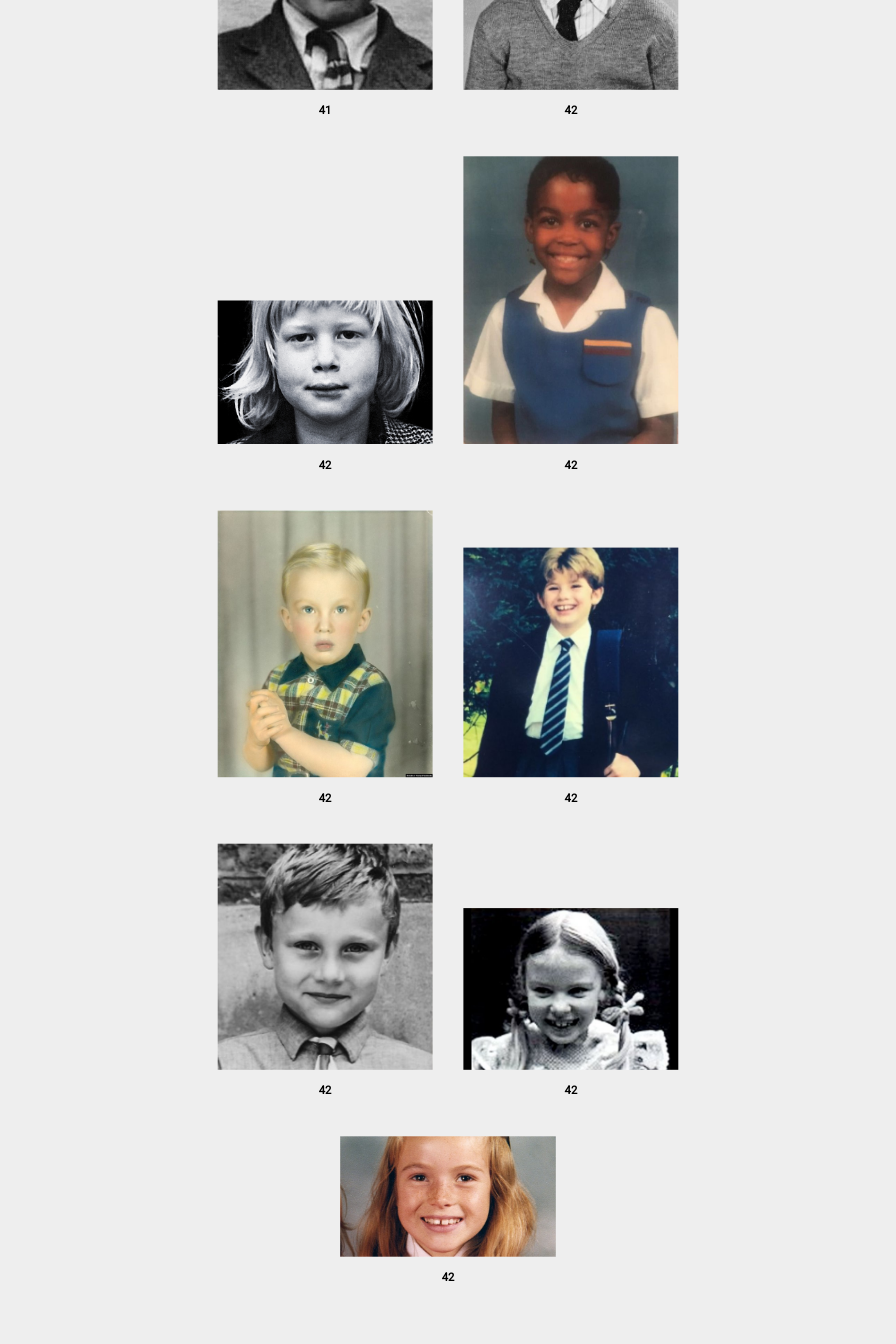
Repository: Domehead123/quiz
Page: index.html
The author's editor kept a record of every edit. The page is drawn from the files as they stood at one moment, then again after the next edit.
The browser window is 1280 px wide. The pictures show the part of the page from y = 2776 to 4696 px (the page is 4696 px tall), at 70% of full size.

Above is the page before.

### index.html
<!DOCTYPE html>
<html lang="en">
<head>
    <meta charset="UTF-8">
    <meta name="viewport" content="width=device-width, initial-scale=1.0">
    <meta http-equiv="X-UA-Compatible" content="ie=edge">
    <link href="https://fonts.googleapis.com/css2?family=Righteous&family=Roboto&display=swap" rel="stylesheet">
    <link rel="stylesheet" href="style.css" type="text/css" />
    <title>Quiz</title>
</head>
<body>

<div class="container">
    <h1>Quiz</h1>
    <p>Fifty questions. You can google the answers if you want, but you may have to do a bit more detective work.</p>
    <p>The answers will appear here at 7pm on Sunday 10 May.</p>
    </div>

    <div class="section one">
        <div class="container">
        <h2>Number Abbreviations</h2>


        <p>e.g 7 D in a W = 7 Days in a Week</p>
        <ol>
        <li>12 S of the Z</li>
<li>1000 Y in a M</li>
<li>13 in a B D</li>
<li>S W of H the E</li>
<li>86,400 S in a D</li>
<li>21 D on a 6-S D</li>
<li>An O has 3 H and up to 9 B</li>
<li>H normally have 23 P of C</li>
<li>12 A have W on the M</li>
<li>42 was the A to L, the U and E</li>
</ol>
        </div>
    </div>

        <div class="section two">
        <div class="container">
        <h2>Anagrams</h2>



        <ol start="11">
        <li>Prod Tonally (Singer)</li>
<li>Ablutions (Sportsman)</li>
<li>Bionic Drama (Politician)</li>
<li>A Nude Rove (TV programme)</li>
<li>Smearing Pro (TV Presenter)</li>
<li>Easily Corona (Film)</li>
<li>Gushing Therewith Book)</li>
<li>Actions Anew (Scientist)</li>

</ol>
        </div>
    </div>


        <div class="section three">
        <div class="container">
              <h2>Sequences</h2>
   <p>What comes next?</p>
        <ol start="21">
        <li>M, V, E, M, J, S, U, ____</li>
 <li>William, Patrick, Jon, Tom, Peter, Colin, ____</li>
 <li>2, 5, 10, 17, 26, 37, ____</li>
 <li>Sergeant, Nurse, Teacher, Constable, ____</li>
 <li>Wood, Tin, Crystal, Porcelain, ____</li>
 <li>Ghana, Togo, Burkina Faso, Mali, Algeria, Spain, France, ____</li>
 <li>3, 3, 5, 4, 4, 3, 5, 5, 4, ____</li>
 <li>1, 18, 4, 13, 6, ____</li>
 <li>FF0000, FFA500, FFFF00, 008000, 0000FF, 4B0082, ____</li>
 <li>1948, 1982, 2013, 2015, 2018, 1984, 2019, ____</li>

</ol>
        </div>
    </div>


        <div class="section four">
        <div class="container">
        <h2>Connections</h2>


        <p>What connects these things? (You really need to think laterally for this)</p>
        <ol start="4">
        <li>Irving Berlin, Bob Hope, Hal Roach, Princess Alice – Duchess of Gloucester</li>
<li>Shakespeare, Blakes 7, Anthony Eden, cosmetics</li>
<li>Brackley, Exeter, Newcastle</li>
<li>The Beatles, chess, New Zealand, Commodore</li>
<li>The Beatles, Sinbad and the Eye of the Tiger, moustache, Lewis Caroll</li>
<li>Argentine, pager, wiki, onager</li>
<li>Laurel and Hardy, Big Brother, Dracula, the Hound of the Baskervilles, Cybernauts, Daleks, Death Star</li>
<li>A berkshire boar, a 1960s TV spy, cognac, a card game</li>
<li>Holly Golightly, FDR, Jim Carrey, Grace Adler</li>
<li>Bombing of Hiroshima, a Serbian-American inventor, Louise Brooks, La Pucelle d'Orléans</li>
</ol>
        </div>
    </div>

        <div class="section five">
        <div class="container">
        <h2>Pictures</h2>


        <p>Who are they?</p>

<div class="image">
    <img src="images/1.jpg">
    <p>41</p>
</div>
<div class="image">
    <img src="images/2.jpg">
    <p>42</p>
</div>
<div class="image">
    <img src="images/3.jpg">
    <p>42</p>
</div>
<div class="image">
    <img src="images/4.jpg">
    <p>42</p>
</div>
<div class="image">
    <img src="images/5.jpg">
    <p>42</p>
</div>
<div class="image">
    <img src="images/6.jpg">
    <p>42</p>
</div>
<div class="image">
    <img src="images/7.jpg">
    <p>42</p>
</div>
<div class="image">
    <img src="images/8.jpg">
    <p>42</p>
</div>
<div class="image">
    <img src="images/9.jpg">
    <p>42</p>
</div>
        </div>
    </div>


</body>
</html>

### style.css
body {
font-family: 'Roboto', sans-serif;
background: #000;
color: #fff;
margin: 0;
text-align: center;
}

.container {
    width: 80%;
    margin: 0 auto;
}

p {
    font-weight: bold;
}

h1 {
font-family: 'Righteous', cursive;
font-size: 5em;
}

h2 {
font-family: 'Righteous', cursive;
font-size: 2em;
}


.section {
    padding: 30px 0 50px 0;
}

.one {
    background: #333;
    margin-top: 70px;
}

.two {
    background: #666;
}

.three {
    background: #999;
}

.four {
    background: #BBB;
    color: #000;
}

.five {
    background: #eee;
    color: #000;
}


ol {
    width: 60%;
    text-align: left;
    margin: 0 auto;
}

li  {
margin: 10px 0 ;
}

.image {
    width: 30%;
    display: inline-block;
    margin: 20px;
}

.image img {
    max-width: 100%;
}

@media only screen and (max-width: 764px) {

 .container {
     width: 90%;
 }

 .image {
     width: 100%;
     margin: 10px 0;
 }
}

After the next edit:
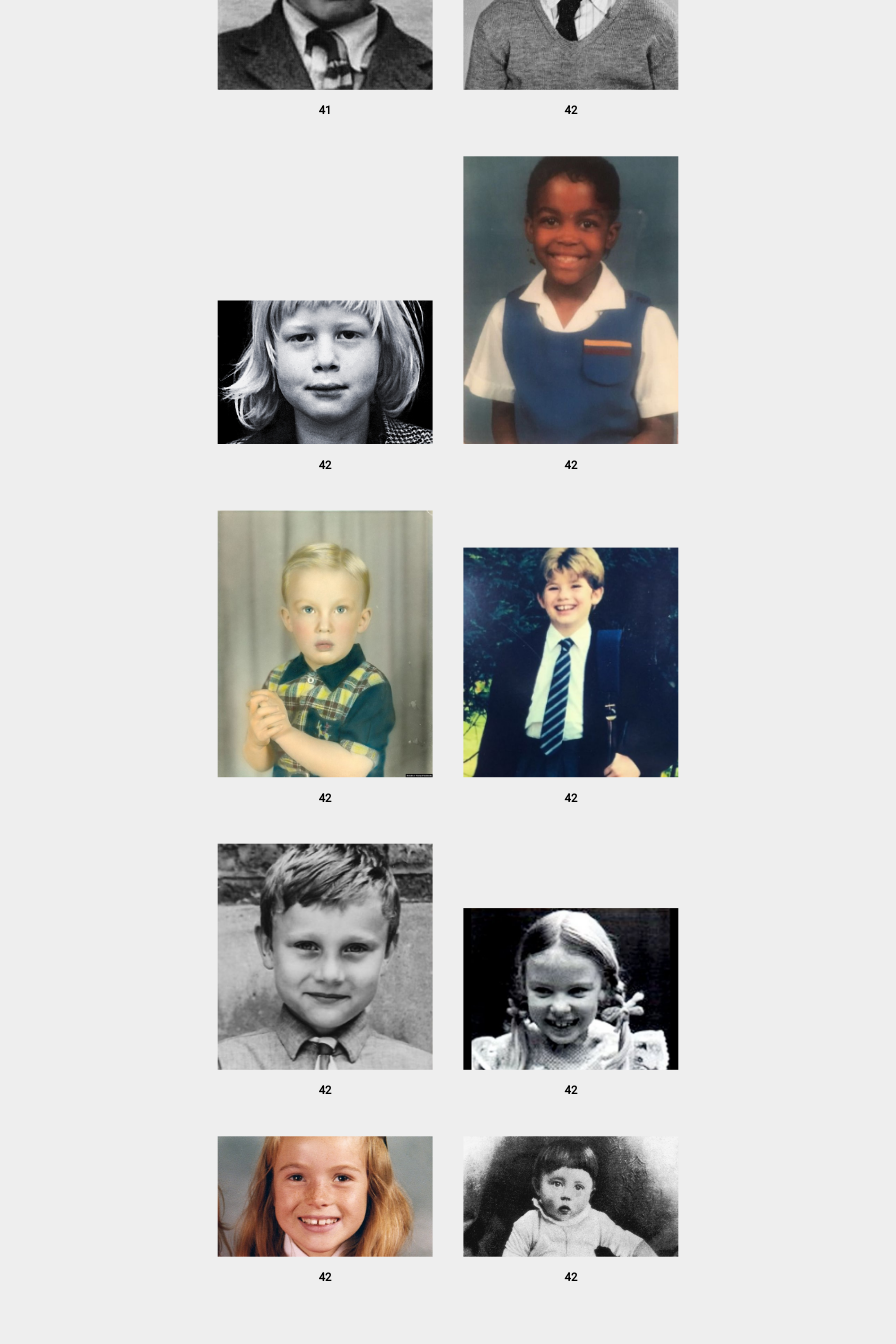
The edit:
--- a/index.html
+++ b/index.html
@@ -143,6 +143,10 @@
     <img src="images/9.jpg">
     <p>42</p>
 </div>
+<div class="image">
+    <img src="images/10.jpg">
+    <p>42</p>
+</div>
         </div>
     </div>
 
